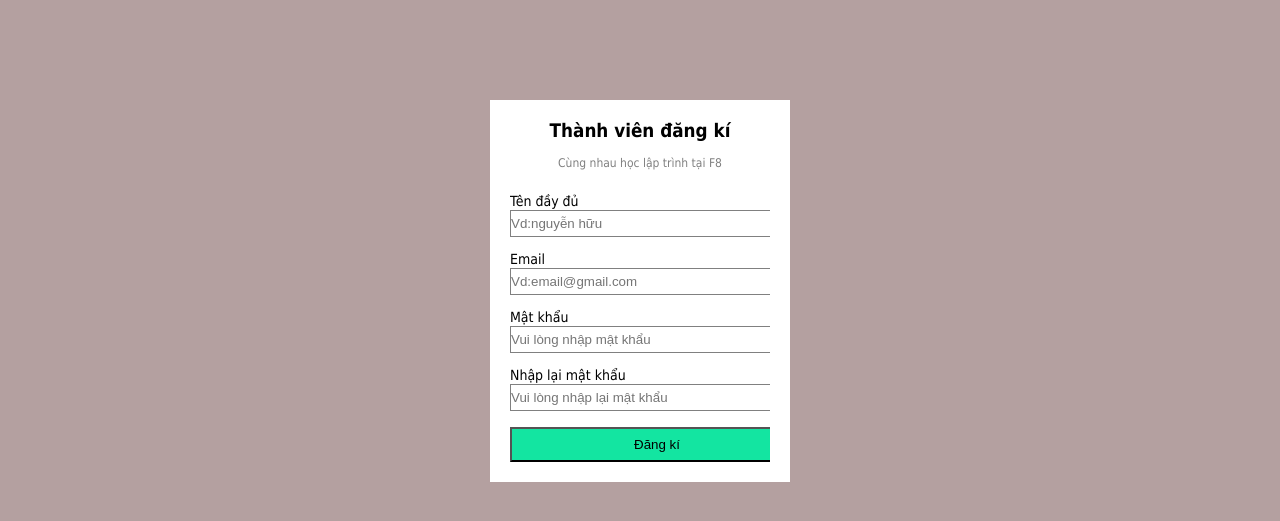
Repository: HuunvDev/Validator
Page: index.html
These files come from the project's save history. The page is drawn as it stood at one moment and after the next save; the edit follows.
The browser window is 1280 px wide. The pictures show the whole page.

Above is the page before, as saved 2022-08-20 09:42:08.

### index.html
<!DOCTYPE html>
<html lang="en">
<head>
    <meta charset="UTF-8">
    <meta http-equiv="X-UA-Compatible" content="IE=edge">
    <meta name="viewport" content="width=device-width, initial-scale=1.0">
    <title>validator</title>
    <link rel="stylesheet" href="style.css">
</head>
<body>
    <div class="main">
        <form action="" method="POST" class="form" id="form-1">
            <h3 class="heading">Thành viên đăng kí</h3>
            <p class="desc">Cùng nhau học lập trình tại F8</p>
            <div class="pacer"></div>
            <div class="form-group">
                <label for="fullName" class="form-lable">Tên đầy đủ</label><br>
                <input type="text" id="fullName" name="fullName" placeholder="Vd:nguyễn hữu"><br>
                <span class="form-message"></span>
            </div>
            <div class="form-group">
                <label for="email" class="form-lable">Email</label><br>
                <input type="text" id="email" name="email" placeholder="Vd:email@gmail.com"><br>
                <span class="form-message"></span>
            </div>
            <div class="form-group">
                <label for="password" class="form-lable">Mật khẩu</label><br>
                <input type="text" id="password" name="password" placeholder="Vui lòng nhập mật khẩu"><br>
                <span class="form-message"></span>
            </div>
            <div class="form-group">
                <label for="password_confirmation" class="form-lable">Nhập lại mật khẩu</label><br>
                <input type="text" id="password_confirmation" name="password_confirmation" placeholder="Vui lòng nhập lại mật khẩu"><br>
                <span class="form-message"></span>
            </div>
           <button class="form-submit">Đăng kí</button>
        </form>
    </div>
    <script src="main.js"></script>
</body>
</html>

### style.css

*{
    margin:0;
    padding:0;
    overflow: hidden;
    box-sizing: border-box;
}
body{
    background-color:rgb(180, 160, 160);
}
.main {
    width: 300px;
    box-shadow: 0 0 0 rgb(0 0 0 / 10%);
    margin: auto;
    margin-top: 100px;
    padding: 20px;
    background-color: #fff;
    font-family: tahoma;
}
h3.heading {
    text-align: center;
}
p.desc {
    text-align: center;
    font-size: 12px;
    color: grey;
    padding: 15px 0;
}
.form-group {
    padding: 6px 0;
}

label.form-lable {
    font-size: 14px;
}
input {
    width: 290px;
    height: 27px;
    outline: none;
    border:1px solid grey;
}
input:hover{
    border-color: rgb(23 220 220);
}
button{
    padding:8px 0;
    width:294px;
    background-color: rgb(19 229 161);
    margin-top:10px;
}
span.form-message {
    font-size: 12px;
    color: #d76f6f;
}

### main.js
var fullName = document.getElementById('fullName');
var message = document.getElementsByClassName("form-message");
fullName.onblur = function(){
    if(!fullName.value){
        message.innerText ="Vui lòng nhập trường này";
    }
}

After the next save:
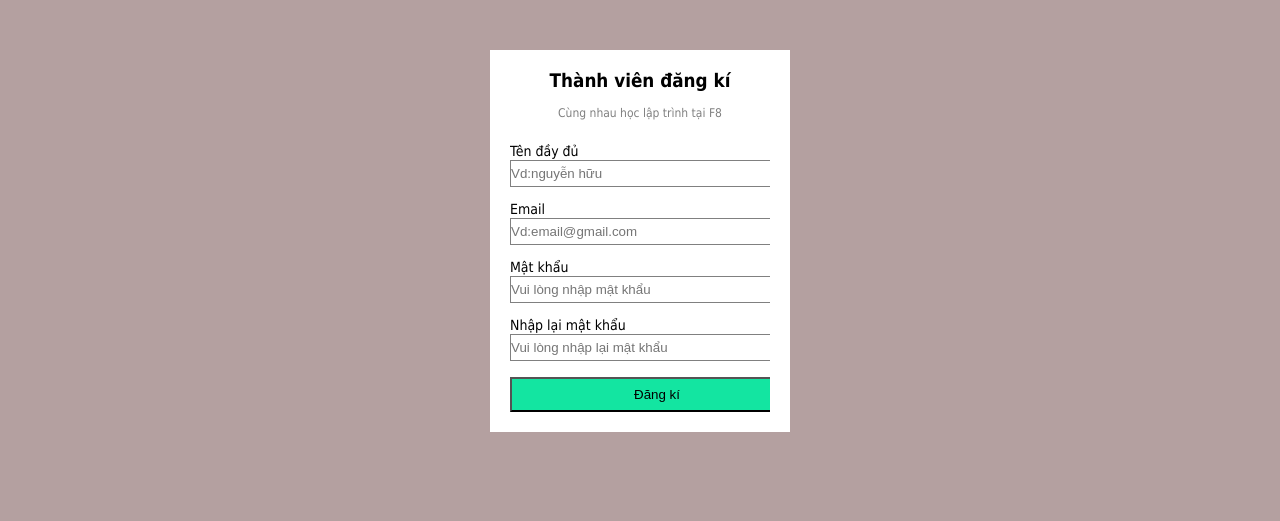
Saved 77 s later.
--- a/style.css
+++ b/style.css
@@ -12,7 +12,7 @@ body{
     width: 300px;
     box-shadow: 0 0 0 rgb(0 0 0 / 10%);
     margin: auto;
-    margin-top: 100px;
+    margin-top: 50px;
     padding: 20px;
     background-color: #fff;
     font-family: tahoma;
